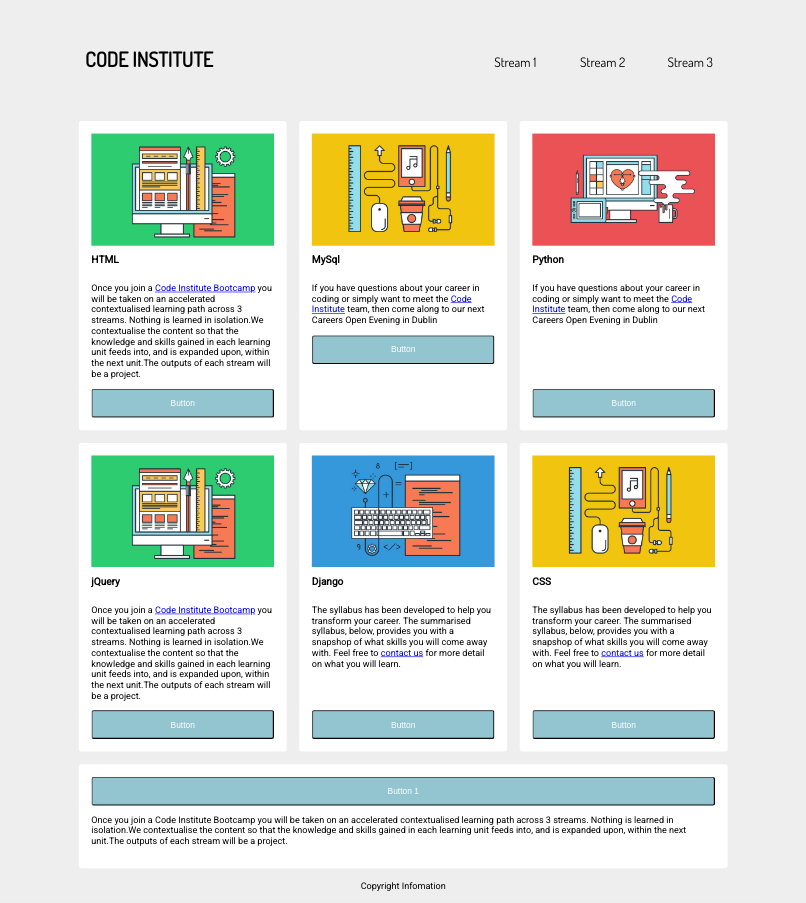
Repository: loosenthedark/CI_jquery-events
Page: Cards-jquery.html
The author's editor kept a record of every edit. The page is drawn from the files as they stood at one moment, then again after the next edit.
The browser window is 1280 px wide. The pictures show the whole page, at 63% of full size.
Some web libraries are served in a nearby version.

Above is the page before.

### Cards-jquery.html
<!DOCTYPE html>
<html lang="en">

<head>
	<meta charset="UTF-8">
	<meta name="viewport" content="width=device-width, initial-scale=1">
	<title>jQuery</title>
	<link href="style.css" rel="stylesheet">
	<link href='https://fonts.googleapis.com/css?family=Roboto' rel='stylesheet' type='text/css'>
	<link href='https://fonts.googleapis.com/css?family=Dosis' rel='stylesheet' type='text/css'>
</head>

<body>
	<div id="container">
		<nav>
			<ul>
				<li id="logoNav">CODE INSTITUTE</li>
				<li id="stream1" class="stream-nav">Stream 1</li>
				<li id="stream2" class="stream-nav">Stream 2</li>
				<li id="stream3" class="stream-nav">Stream 3</li>
			</ul>
		</nav>
		<div class="card stream1-card">
			<img class="card_image" src="img/3.png" alt="coding icon">
			<div class="card_bottom">
				<h2 class="card_head" id="h2_1">HTML</h2>
				<p class="card_para" id="firstpara">Once you join a <a href="#">Code Institute Bootcamp</a> you will be taken on an accelerated contextualised learning path across 3 streams. Nothing is learned in isolation.We contextualise the content so that the knowledge and skills gained in each
					learning unit feeds into, and is expanded upon, within the next unit.The outputs of each stream will be a project. </p>
				<button class="bottom_button" id="firstbutton">Button</button>
			</div>
		</div>
		<div class="card stream3-card">
			<img class="card_image" src="img/1.png" alt="coding icon">
			<div class="card_bottom">
			<h2 class="card_head" id="h2_2">MySql</h2>
			<p class="card_para" id="secondpara">If you have questions about your career in coding or simply want to meet the <a href="#">Code Institute</a> team, then come along to our next Careers Open Evening in Dublin</p>
			<button class="bottom_button" id="secondbutton">Button</button>
			</div>
		</div>

		<div class="card stream2-card">
			<img class="card_image" src="img/2.png" alt="coding icon">
			<h2 class="card_head" id="h2_3">Python</h2>
			<p class="card_para" id="thirdpara">If you have questions about your career in coding or simply want to meet the <a href="#">Code Institute</a> team, then come along to our next Careers Open Evening in Dublin</p>
			<button class="bottom_button" id="thirdbutton">Button</button>
		</div>
		<div class="card stream1-card">
			<img class="card_image" src="img/3.png" alt="coding icon">
			<div class="card_bottom">
				<h2 class="card_head" id="h2_4">jQuery</h2>
				<p class="card_para" id="fourthpara">Once you join a <a href="#">Code Institute Bootcamp</a> you will be taken on an accelerated contextualised learning path across 3 streams. Nothing is learned in isolation.We contextualise the content so that the knowledge and skills gained in each
					learning unit feeds into, and is expanded upon, within the next unit.The outputs of each stream will be a project. </p>
				<button class="bottom_button" id="fourthbutton">Button</button>
			</div>
		</div>
		<div class="card stream3-card">
			<img class="card_image" src="img/4.png" alt="coding icon">
			<h2 class="card_head" id="h2_5">Django</h2>
			<p class="card_para" id="fifthpara">The syllabus has been developed to help you transform your career. The summarised syllabus, below, provides you with a snapshop of what skills you will come away with. Feel free to <a href="#">contact us</a> for more detail on what you will learn.</p>
			<button class="bottom_button" id="fifthbutton">Button</button>
		</div>
		<div class="card stream1-card">
			<img class="card_image" src="img/1.png" alt="coding icon">
			<h2 class="card_head" id="h2_6">CSS</h2>
			<p class="card_para" id="sixthpara">The syllabus has been developed to help you transform your career. The summarised syllabus, below, provides you with a snapshop of what skills you will come away with. Feel free to <a href="#">contact us</a> for more detail on what you will learn.</p>
			<button class="bottom_button" id="sixthbutton">Button</button>
		</div>
		<div class='card'>
			<button id='button1' class="bottom_button">Button 1</button>
			<p id='para1' class="card_para">Once you join a Code Institute Bootcamp you will be taken on an accelerated contextualised learning path across 3 streams. Nothing is learned in isolation.We contextualise the content so that the knowledge and skills gained in each learning unit feeds
				into, and is expanded upon, within the next unit.The outputs of each stream will be a project. </p>
		</div>
		<div id="my_footer">
			<p id="copyright">Copyright Infomation</p>
		</div>
	</div>
	<script src="https://code.jquery.com/jquery-3.2.1.js" integrity="sha256-DZAnKJ/6XZ9si04Hgrsxu/8s717jcIzLy3oi35EouyE=" crossorigin="anonymous"></script>
	<script src="script.js"></script>
	<!-- Scripts located at the bottom of the body to insure page is fully loaded before execution -->

</body>

</html>

### style.css
body{
	font-family: 'Roboto', sans-serif;
	/*background-image: url(img/code-institute.jpg);
 	background-size: cover;
 	color: #ffffff;*/
 	background-color: #eee;
}

h1{
	font-size: 3em;
	text-align: center;
}
h2{
	font-size: 1em;
	text-align: left;
}
p{
	font-size: .9rem;
}

div{
	border-radius: 4px;
}

.card_image{
	width: 100%;
}
.bottom_button{
	display: flex;
	box-sizing:border-box;
	border-radius: 4px;
	display: block;
	width: 100%;
	background-color:rgba(129, 187, 201,.85);
	text-align: center;
	padding: 1em .75em;
	text-decoration: none;
	color: #fff;

}

.card_bottom{
	display: flex;
	flex-flow:column;
}
.card_head{
	flex:0;
}
.card_para{
	flex:1 0 auto;
}

#container
{
	display: flex;		/* makes container a flexbox*/
	flex-flow: row wrap; 	/* layout the boxes in rows and wrap them*/
	box-sizing:border-box;
	margin-right:auto;
	margin-left:auto;
	max-width:1050px;
}
#logo{
	width: 800px;
	margin: auto;
}

.card{
	flex:1; /* */
	display: flex;	/* make the contents controllable by flexbox*/
	flex-flow:column;	/* */
	min-width: 240px; /**/
	margin: 10px;
	padding: 20px;
	background-color: #fff;
}
.highlight_stream{
	background-color: #EB5255;
}

#my_footer{
	width:100%;
	text-align: center;
}
#copyright{
	margin-top:10px;
	margin-bottom:10px;

}

/*************************
Navigation

**************************/

nav{
	font-family: roboto;
	background-color: #eee;
	margin: 30px auto;
	width: 100%;
}
ul{
	display: flex;
	justify-content:space-between;
	flex-flow: row;
	/*flex-flow: row-reverse;*/
	/*justify-content:flex-end;*/
	/*justify-content:space-around;*/
	/*align-items:flex-start;*/
	align-items:baseline;
	border-radius: 10px;
	list-style-type: none; /*Remove Bullets*/
	padding: 0;
}
li{
	flex:1;
	height: 30px;
	/*width:10%;*/
	/*border:2px solid #000;*/
	/*background-color: #81BBC9;*/
	/*border-radius: 10px;*/
	font-family: Dosis;
	padding:20px 20px 20px 20px;
	text-align: center;
	font-size: 1.3em;
}

#logoNav{
	flex:6;
	text-align: left;
	font-size: 2em;
	font-weight: bold;
}

.underline{
  text-decoration:underline;
}
.border{
  border: solid 5px #ccc;
}

.redpara {
	color: red;
}

.bg_lightblue {
	background: lightblue;
}

.bigheader {
	font-size: 2.5em;
}


@media screen and (max-width: 700px){
	ul{
		flex-flow: column;
		align-items:center;
	}
	li{
		font-size: 2em;
	}
}

### script.js
$(document).ready(function() {

	// $("#stream1_btn").on('click', function() {
 //	$("#stream1").click(function() {
 //		$(".stream1-card").removeClass('highlight_stream');
	// 	$(".stream2-card").removeClass('highlight_stream');
	// 	$(".stream3-card").removeClass('highlight_stream');
	//   	$(".stream1-card").addClass('highlight_stream');
	// });
	// $("#stream2").on("click", function() {
	// 	$(".stream1-card").removeClass('highlight_stream');
	// 	$(".stream2-card").removeClass('highlight_stream');
	// 	$(".stream3-card").removeClass('highlight_stream');
	//   	$(".stream2-card").addClass('highlight_stream');
	// });
	// $("#stream3").on("click", function() {
	// 	$(".stream1-card").removeClass('highlight_stream');
	// 	$(".stream2-card").removeClass('highlight_stream');
	// 	$(".stream3-card").removeClass('highlight_stream');
	//   	$(".stream3-card").addClass('highlight_stream');
	// });

	$('.stream-nav').click(function(){
		var allStreamsCardsSelector = '.card';
		var thisStreamCardsSelector = '.' + this.id + '-card';
		$(allStreamsCardsSelector).removeClass('highlight_stream');
		$(thisStreamCardsSelector).addClass('highlight_stream');
	});

	$('p').click(function(){
		$(this).children('a').toggleClass('link_highlighter');
	});

	$('#button1').click(function(){
		$(this).next().slideToggle('slow');
	});

	$('img').click(function(){
		$('img').next().children('p').slideDown(3000);
	});

	$('.card').click(function(){
		$(this).toggleClass('card_highlighter');
	});

	$('#select').click(function(){
		if ($('.card').css('background-color', 'pink')) {
			$(this).addClass('show_panels');
		} else {
		$('.card').addClass('hide_panels');
		}
	});

	$('#all').click(function(){
		$('.card').addClass('show_panels');
	});

	$('p').click(function() {
		$('p').addClass('redpara');
	});

	$('h2').hover(function() {
		$('h2').addClass('bg_lightblue');
	});

	$('#h2_1').hover(function() {
		$('#h2_2').removeClass('bigheader');
		$('#h2_3').removeClass('bigheader');
		$('#h2_4').removeClass('bigheader');
		$('#h2_5').removeClass('bigheader');
		$('#h2_6').removeClass('bigheader');
		$('#h2_1').addClass('bigheader');
	});

	$('#h2_2').hover(function() {
		$('#h2_1').removeClass('bigheader');
		$('#h2_3').removeClass('bigheader');
		$('#h2_4').removeClass('bigheader');
		$('#h2_5').removeClass('bigheader');
		$('#h2_6').removeClass('bigheader');
		$('#h2_2').addClass('bigheader');
	});

	$('#h2_3').hover(function() {
		$('#h2_1').removeClass('bigheader');
		$('#h2_2').removeClass('bigheader');
		$('#h2_4').removeClass('bigheader');
		$('#h2_5').removeClass('bigheader');
		$('#h2_6').removeClass('bigheader');
		$('#h2_3').addClass('bigheader');
	});

	$('#h2_4').hover(function() {
		$('#h2_1').removeClass('bigheader');
		$('#h2_2').removeClass('bigheader');
		$('#h2_3').removeClass('bigheader');
		$('#h2_5').removeClass('bigheader');
		$('#h2_6').removeClass('bigheader');
		$('#h2_4').addClass('bigheader');
	});

	$('#h2_5').hover(function() {
		$('#h2_1').removeClass('bigheader');
		$('#h2_2').removeClass('bigheader');
		$('#h2_3').removeClass('bigheader');
		$('#h2_4').removeClass('bigheader');
		$('#h2_6').removeClass('bigheader');
		$('#h2_5').addClass('bigheader');
	});

	$('#h2_6').hover(function() {
		$('#h2_1').removeClass('bigheader');
		$('#h2_2').removeClass('bigheader');
		$('#h2_3').removeClass('bigheader');
		$('#h2_4').removeClass('bigheader');
		$('#h2_5').removeClass('bigheader');
		$('#h2_6').addClass('bigheader');
	});

	$('.bottom_button').hover(function() {
		$('body').css('background', 'black');
	});

	$('.bottom_button').mouseleave(function() {
		$('body').css('background', '#eee');
	});

	// $('#firstbutton').click(function() {
	//     $('#firstbutton').hide(3000);
	// });

	$('#firstbutton').click(function() {
	    $('#firstpara').slideToggle(1000, 'linear');
	});

	$('#secondbutton').click(function() {
	    $('#secondpara').slideToggle(1000, 'linear');
	});

	$('#thirdbutton').click(function() {
	    $('#thirdpara').slideToggle(1000, 'linear');
	});

	$('#fourthbutton').click(function() {
	    $('#fourthpara').slideToggle(500, 'linear');
	});

	$('#fifthbutton').click(function() {
	    $('#fifthpara').slideToggle(500, 'linear');
	});

	$('#sixthbutton').click(function() {
	    $('#sixthpara').slideToggle(500, 'linear');
	});

	$('#firstbutton').mouseenter(function() {
		$('#firstbutton').fadeTo(1000, 0.5);
	});

	$('#firstbutton').mouseleave(function() {
		$('#firstbutton').fadeTo(1000, 1);
	});

	$('#secondbutton').mouseenter(function() {
		$('#secondbutton').fadeTo(1000, 0.5);
	});

	$('#secondbutton').mouseleave(function() {
		$('#secondbutton').fadeTo(1000, 1);
	});

	$('#thirdbutton').mouseenter(function() {
		$('#thirdbutton').fadeTo(1000, 0.5);
	});

	$('#thirdbutton').mouseleave(function() {
		$('#thirdbutton').fadeTo(1000, 1);
	});

	$('#fourthbutton').mouseenter(function() {
		$('#fourthbutton').fadeTo(1000, 0.5);
	});

	$('#fourthbutton').mouseleave(function() {
		$('#fourthbutton').fadeTo(1000, 1);
	});

	$('#fifthbutton').mouseenter(function() {
		$('#fifthbutton').fadeTo(1000, 0.5);
	});

	$('#fifthbutton').mouseleave(function() {
		$('#fifthbutton').fadeTo(1000, 1);
	});

	$('#sixthbutton').mouseenter(function() {
		$('#sixthbutton').fadeTo(1000, 0.5);
	});

	$('#sixthbutton').mouseleave(function() {
		$('#sixthbutton').fadeTo(1000, 1);
	});

});

After the next edit:
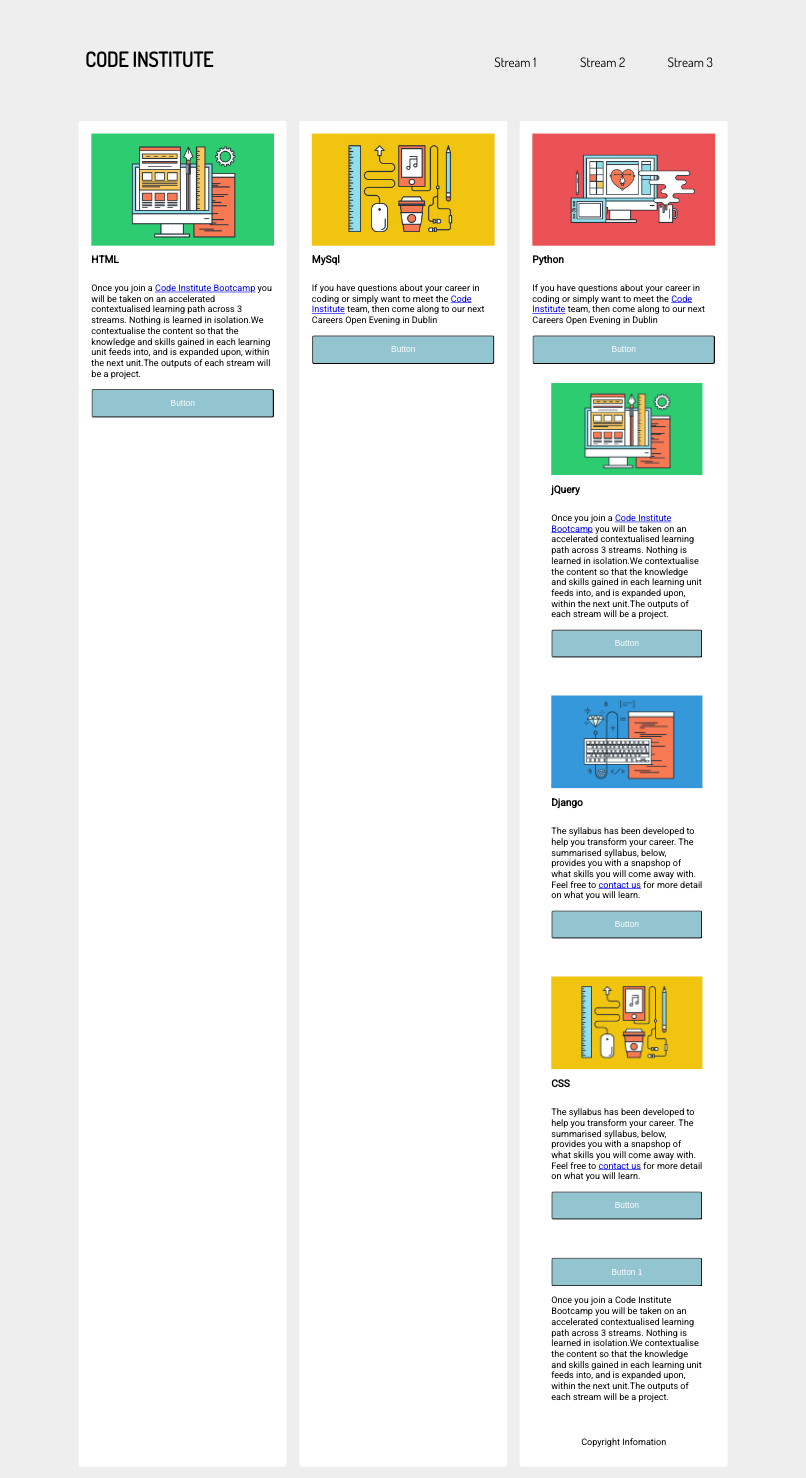
The edit:
--- a/Cards-jquery.html
+++ b/Cards-jquery.html
@@ -40,6 +40,7 @@
 
 		<div class="card stream2-card">
 			<img class="card_image" src="img/2.png" alt="coding icon">
+			<div class="card_bottom">
 			<h2 class="card_head" id="h2_3">Python</h2>
 			<p class="card_para" id="thirdpara">If you have questions about your career in coding or simply want to meet the <a href="#">Code Institute</a> team, then come along to our next Careers Open Evening in Dublin</p>
 			<button class="bottom_button" id="thirdbutton">Button</button>
